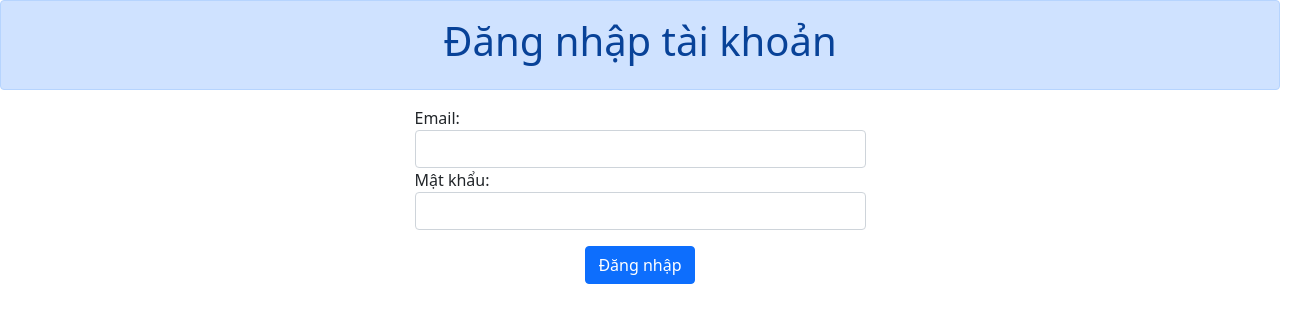
Repository: Carwyn1101/NguyenDinhHongPhuc_22133041
Page: http://localhost/LapTrinhWeb/views/login.jsp
These files come from the project's save history. The page is drawn as it stood at one moment and after the next save; the edit follows.
The browser window is 1280 px wide. The page is 1292 px wide, so the pictures cover 1292 px, including what lies to the right of the window. The pictures show the whole page.
The page is served by Tomcat 10. Nobody is signed in. The application's start-up code is not run.

Above is the page before, as saved 2024-09-11 01:50:48.

After the next save:
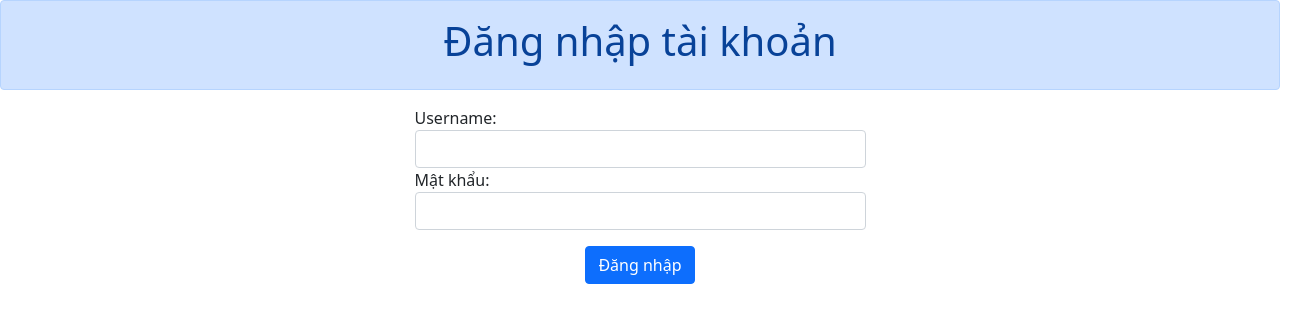
Saved 33 s later.
--- a/LapTrinhWeb/src/main/webapp/views/login.jsp
+++ b/LapTrinhWeb/src/main/webapp/views/login.jsp
@@ -25,7 +25,7 @@ bootstrap.min.css"
 			<div class="col-12 col-md-5">
 				<form action="/LapTrinhWeb/register" method="post">
 					<div class="form-group">
-						<label for="email">Email:</label> <input type="text" id="email"
+						<label for="email">Username:</label> <input type="text" id="username"
 							name="email" class="form-control" />
 					</div>
 					<div class="form-group">
